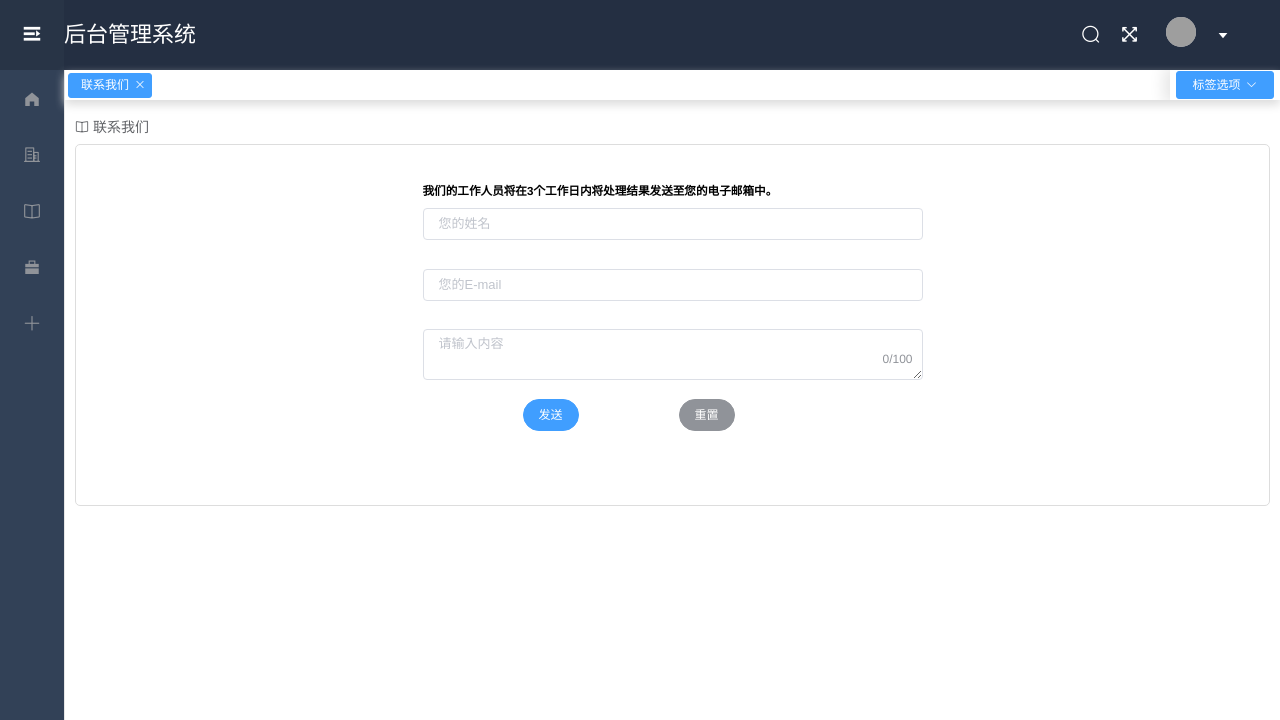
Repository: hitabullet/Student-Dormitory-Manager-System
Page: /#/email (app in dormitory-back-end/)
An editor plug-in stored every save of this project. The page is shown before and after a run of saves, followed by the edit.
The browser window is 1280 px wide. The pictures show the whole page.
Pictures or frames that could not be fetched are drawn as grey boxes. The project was rebuilt for these pictures with package versions that can differ from the ones it lists, and the page was loaded fresh each time. Also part of the build but not shown: dormitory-back-end/vue.config.js, dormitory-back-end/src/assets/css/icon.css.

Above is the page before, as saved 2020-10-23 10:17:13.

After the next 3 saves:
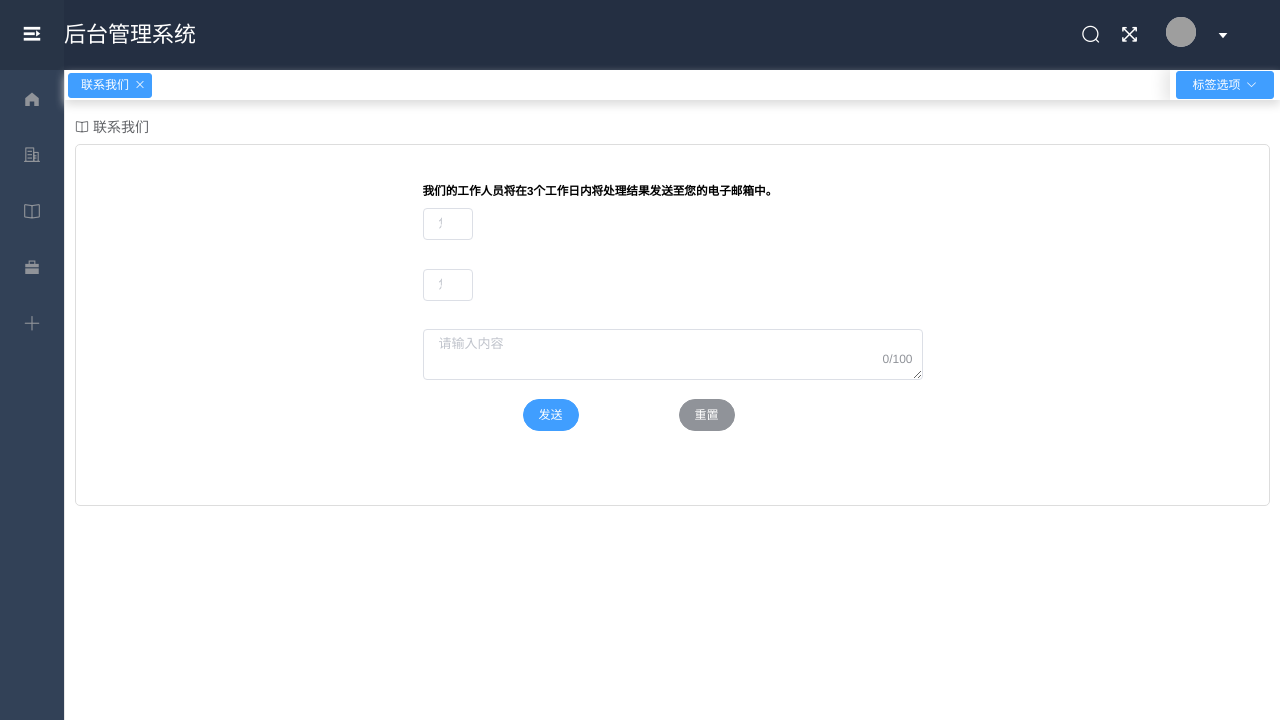
The 3 saves are shown as one change because they came seconds apart.
The last was saved 25 s later.
--- a/dormitory-back-end/src/views/Email.vue
+++ b/dormitory-back-end/src/views/Email.vue
@@ -1,7 +1,7 @@
 <!--
  * @Author: your name
  * @Date: 2020-10-22 11:45:29
- * @LastEditTime: 2020-10-23 10:17:13
+ * @LastEditTime: 2020-10-23 10:17:32
  * @LastEditors: Please set LastEditors
  * @Description: In User Settings Edit
  * @FilePath: \airplane\src\views\Email.vue
@@ -71,6 +71,7 @@ export default {
 <style lang="scss" scoped>
 .el-input {
   margin-bottom: 10px;
+  width: 50px;
 }
 .el-button {
   margin-left: 100px;
